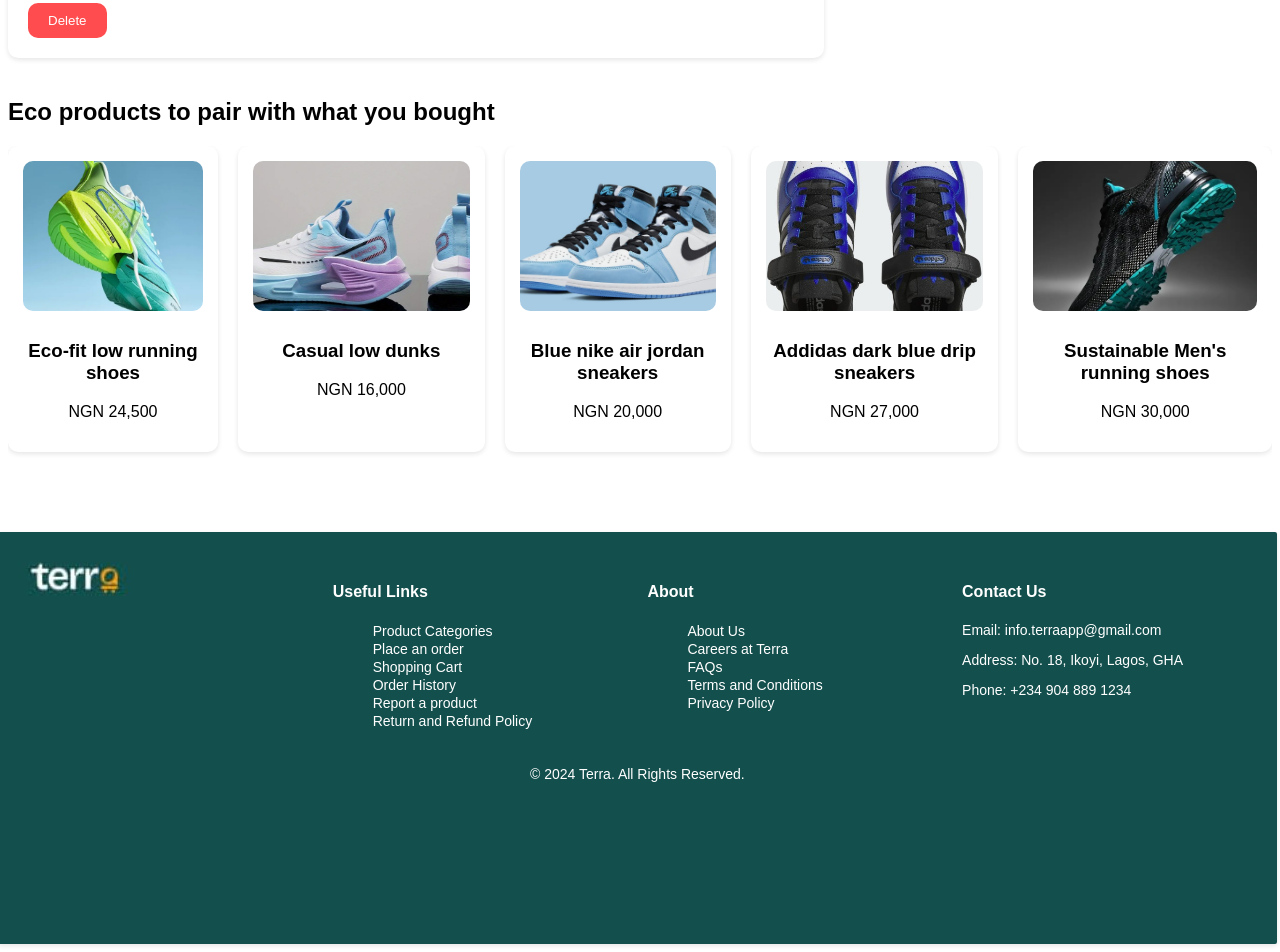
Repository: Femi007-gh/e-commerce
Page: index.html
The author's editor kept a copy of each file at every save. The page is drawn from the files as they stood at one save, then again after a run of saves.
The browser window is 1280 px wide. The pictures show the part of the page from y = 1238 to 2190 px (the page is 2190 px tall before and 2160 px after).
A picture or video elsewhere on the page could not be fetched, so the positions and the page height are approximate.

Above is the page before, as saved 2025-04-29 12:21:18.

After the next 3 saves:
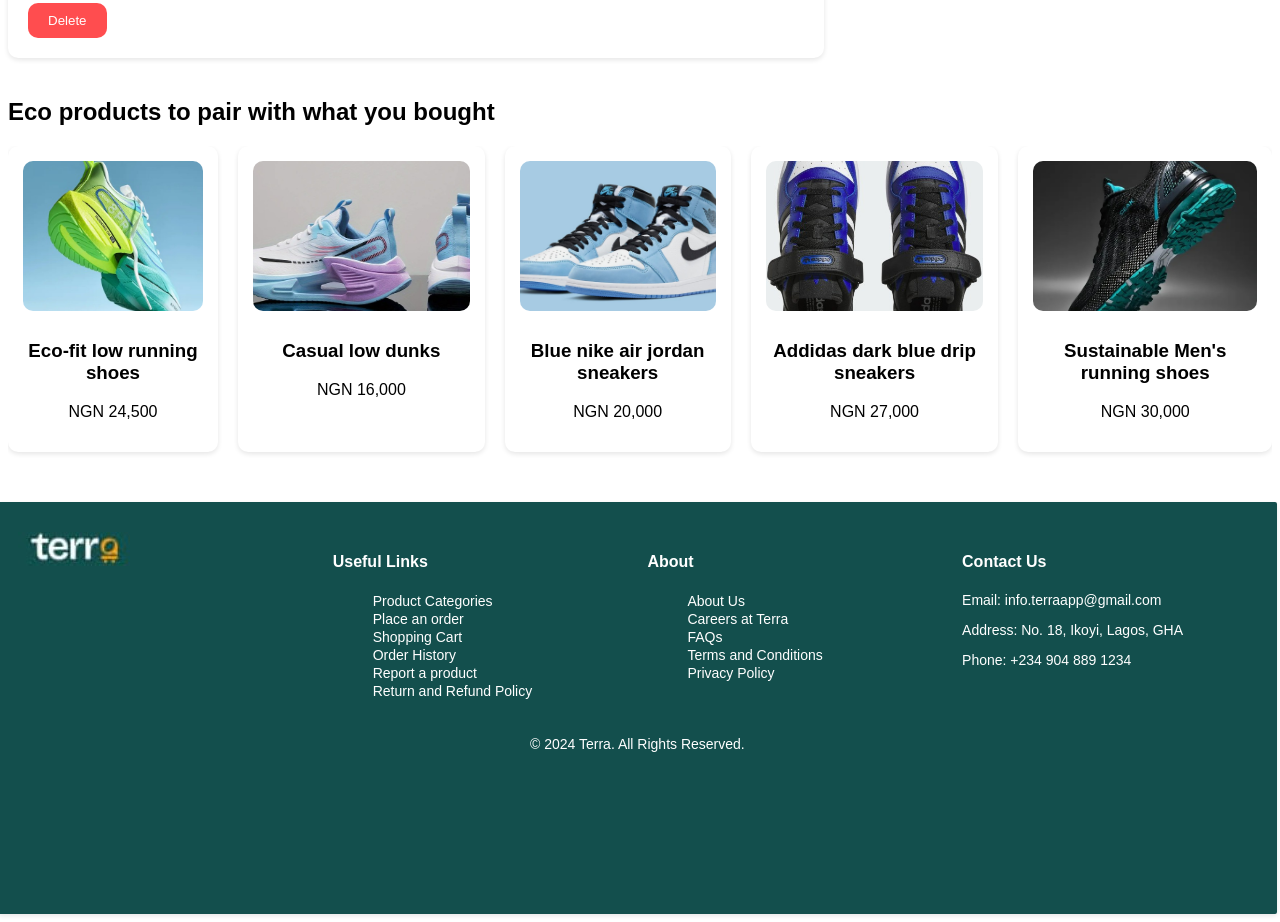
The 3 saves are shown as one change because they came seconds apart.
The last was saved 16 s later.
--- a/style.css
+++ b/style.css
@@ -282,7 +282,7 @@
   box-shadow: 0 2px 5px rgba(0,0,0,0.1);
   min-width: 180px;
   text-align: center;
-  margin-bottom: 40px;
+  margin-bottom: 10px;
 }
 
 .product img {
